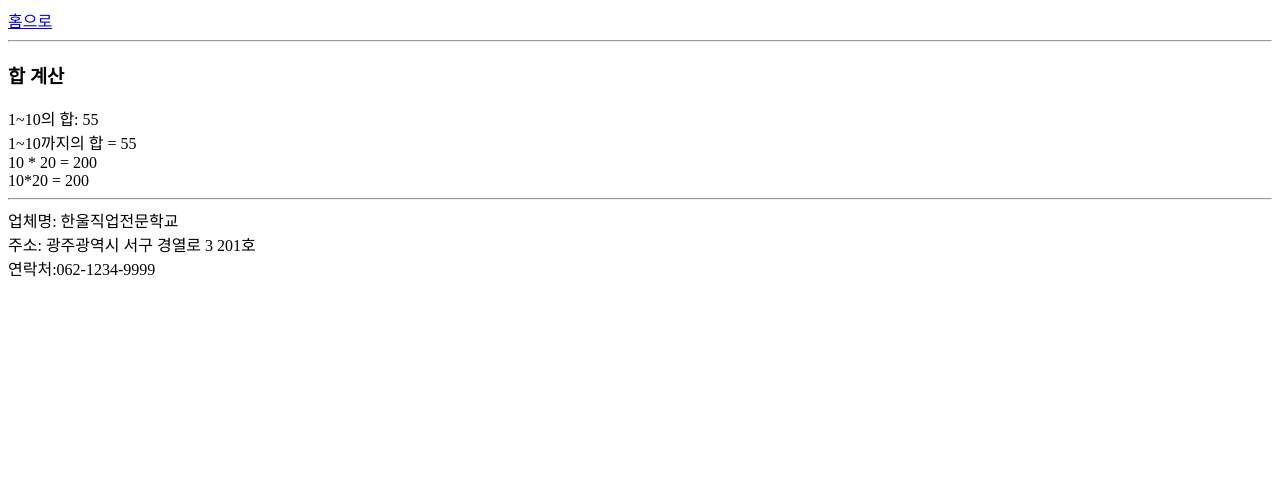
Repository: linklifejo/study_web
Page: http://localhost/servlet02/sum.jsp
The author's editor kept a copy of each file at every save. The page is drawn from the files as they stood at one save, then again after the next save.
The browser window is 1280 px wide. The pictures show the whole page.
The page is served by Tomcat 9. Other server files are loaded and not shown.

Above is the page before, as saved 2023-02-06 03:56:11.

### servlet02/src/main/webapp/sum.jsp
<%@ page language="java" contentType="text/html; charset=UTF-8"
    pageEncoding="UTF-8"%>
<!DOCTYPE html>
<html>
<head>
<meta charset="UTF-8">
<title>Insert title here</title>
</head>
<body>
<div><a href='./'>홈으로</a></div>
<hr>
<h3>합 계산</h3>

<%
no1 = 10;
no2 = 20;
operator = "*";

// 1부터 10까지 합계산하기
int sum = 0;
for(int no=1; no<=10; no++){

	sum += no;
}
%>
<div>1~10의 합: <%=sum %> </div>
<div><%="1~10까지의 합 = " + sum %></div>
<div><%=no1 %> <%=operator %> <%=no2 %> = <%=calculate() %></div>
<div><%= no1 + operator + no2 + " = " + calculate() %></div>

<%!
int no1, no2;
String operator;

int calculate(){
	int result = 0;
	if( operator.equals("+") ){
		result = no1 + no2;
	}else if( operator.equals("-") ){
		result = no1 - no2;
	}else if( operator.equals("*") ){
		result = no1 * no2;
	}else{
		result = no1 / no2;
	}
	return result;
}

%>
<%@ include file="include/footer.jsp" %>
</body>
</html>

### servlet02/src/main/webapp/include/footer.jsp
<%@ page language="java" contentType="text/html; charset=UTF-8"
    pageEncoding="UTF-8"%>
<hr>
<div>업체명: 한울직업전문학교</div>
<div>주소: 광주광역시 서구 경열로 3 201호</div>
<div>연락처:062-1234-9999</div>

After the next save:
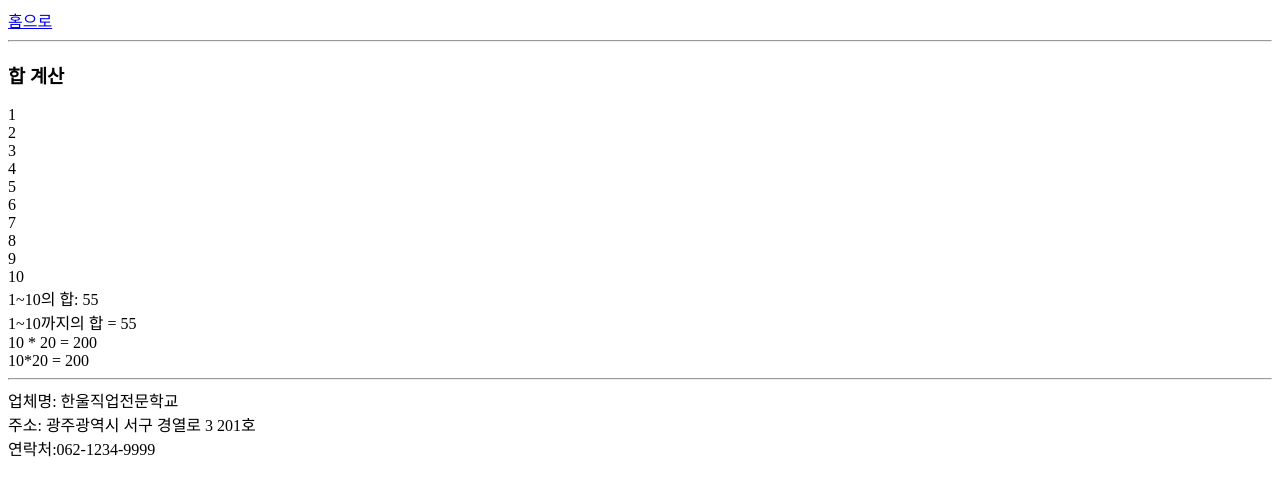
Saved 36 s later.
--- a/servlet02/src/main/webapp/sum.jsp
+++ b/servlet02/src/main/webapp/sum.jsp
@@ -19,7 +19,7 @@
 // 1부터 10까지 합계산하기
 int sum = 0;
 for(int no=1; no<=10; no++){
-
+ 	out.print("<div>"+ no +"</div>");
 	sum += no;
 }
 %>
